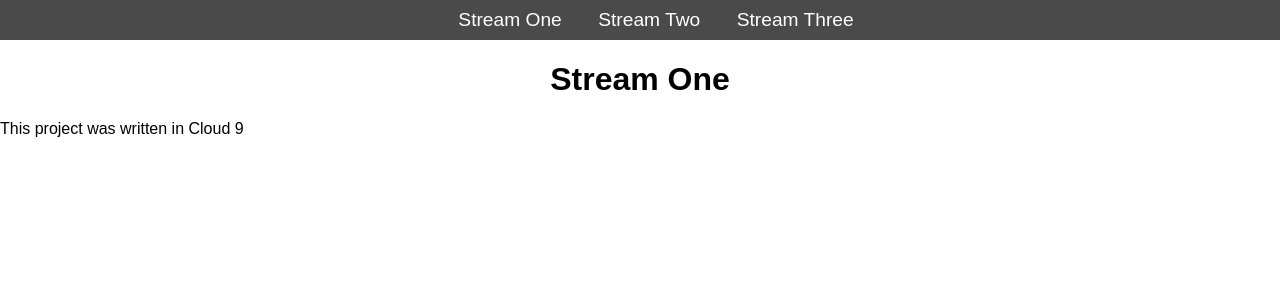
Repository: GILLIANMCD/my-first-website
Page: stream-one.html
The author's editor kept a record of every edit. The page is drawn from the files as they stood at one moment, then again after the next edit.
The browser window is 1280 px wide. The pictures show the whole page.

Above is the page before.

### stream-one.html
<html>
    <head>
        <title>
            Hello World
        </title>
        <link rel="stylesheet" href="css/styles.css" type="text/css" />
    </head>
    <body>
        <nav>
            <ul>
                <li><a href="stream-one.html">Stream One</a></li>
                <li><a href="stream-two.html">Stream Two</a></li>
                <li><a href="stream-three.html">Stream Three</a></li>
            </ul>
        </nav>
        <h1>Stream One</h1>
        <p>This project was written in Cloud 9</p>
    </body>
</html>

### css/styles.css
body {
    margin:0;
    padding: 0;
    font-family: "Oswald", sans-serif;
}

nav ul {
    list-style; none;
    background-color: #4a4a4a;
    text-align: center;
    margin:0;
    padding: 0;
}

nav li {
    font-size: 1.2em;
    line-height: 40px;
    height:40px;
    display: inline-block;
    margin-left: 2.5%;

}

nav a {
    text-decoration: none;
    color: #ffffff;
    display: block;

}

nav a:hover {
    background-color: #ffffff;
    color: #4a4a4a ;
}
.card {
    float:left;
    width: 20%;
    margin-left: 10%;

}

.card a {
    text-align: center;
}
img {
    width: 100%;

}

h1 {
    text-align: center;
}

After the next edit:
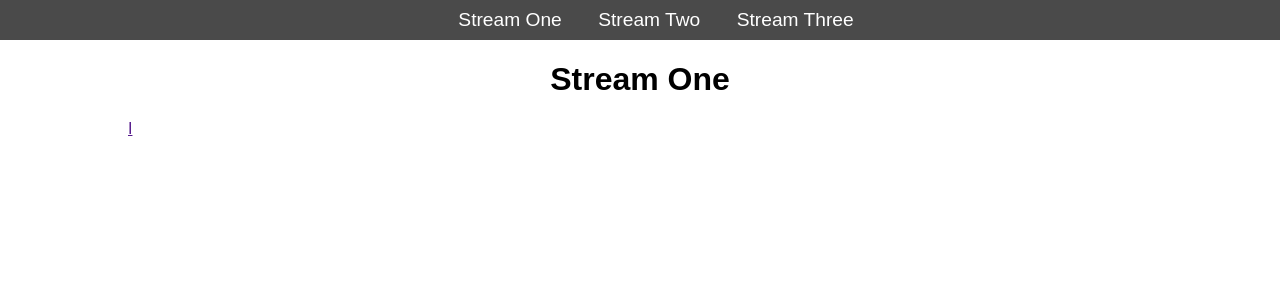
The edit:
--- a/stream-one.html
+++ b/stream-one.html
@@ -14,6 +14,11 @@
             </ul>
         </nav>
         <h1>Stream One</h1>
-        <p>This project was written in Cloud 9</p>
+        <div class="card">
+            <a href="">
+                I<img />
+                <h2></h2>
+            </a>
+        </div>
     </body>
 </html>
